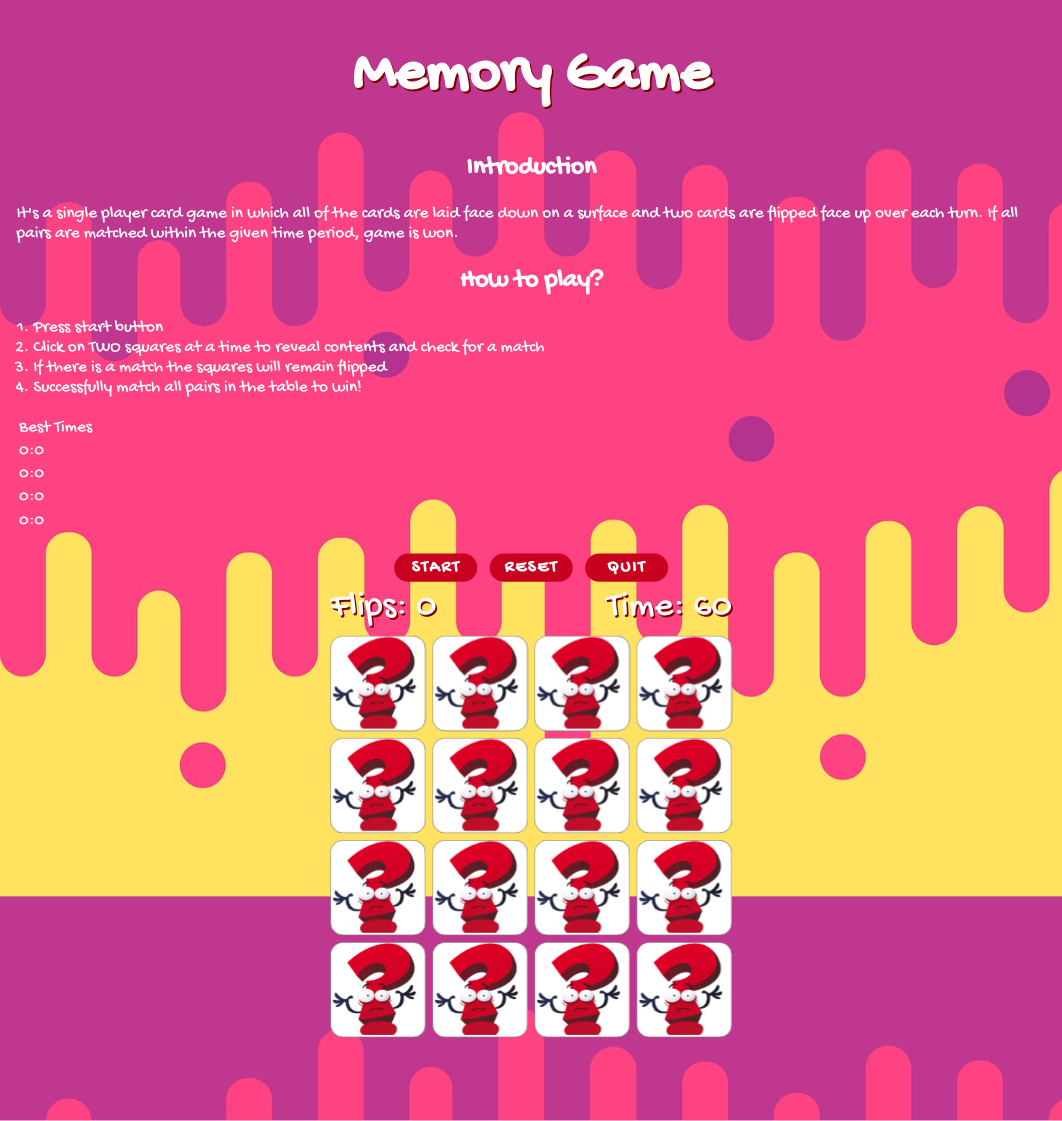
Repository: lauramika/Memory-Game
Page: index.html
The author's editor kept a record of every edit. The page is drawn from the files as they stood at one moment, then again after the next edit.
The browser window is 1280 px wide. The pictures show the whole page, at 83% of full size.

Above is the page before.

### index.html
<!DOCTYPE html>
<html lang = 'en'>
    <head>
        <meta name="viewport" content="width=device-width, initial-scale=1.0">
        <link rel="stylesheet" href="style.css" type="text/css" />
        <title>Memory Game</title>
    </head>
    <body>
        <h1 class="title-game">Memory Game</h1>
        <!--Intro-->
        <h2>Introduction</h2>
            <p>It's a single player card game in which all of the cards are
            laid face down on a surface and two cards are flipped face up over
            each turn. If all pairs are matched within the given time
            period, game is won.</p>
            <!--explanation how to play the game-->
         <div class="how-to-play">
            <h2>How to play?</h2>
              <ol>
                <li>Press start button</li>
                <li>Click on TWO squares at a time to reveal contents and check for a match</li>
                <li>If there is a match the squares will remain flipped </li>
                <li>Successfully match all pairs in the table to win!</li>
              </ol>
          </div>
          <!--best results board-->
          <div class="times">
            <table>
              <tr>
                <td class= "title">Best Times</td>
              </tr>
              <tr>
                <td class = "slot">0:0</td>
              </tr>
              <tr>
                <td class = "slot">0:0</td>
              </tr>
              <tr>
                <td class = "slot">0:0</td>
              </tr>
              <tr>
                <td class = "slot">0:0</td>
              </tr>
            </table>
          </div>
          <!--start, reset and quit buttons-->
        <div class="buttons">
            <button class="start" onclick="shuffle()">Start</button>
            <button class="reset">Reset</button>
            <button class="quit">Quit</button>
        </div>
        <!--Main container that holds all the cards-->
        <div class="main-container">
            <div class= "rules-container">
                <div class="level-container">
                    Flips: <span id="flips">0</span>
                </div>
                <div class="time-container">
                    Time: <span id="time-left">60</span>
                </div>
            </div>
            <!--Cards-->
            <div class="cards">
                <div class="front-face">
                    <img src="images/camera.png"></img>
                </div>
                 <div class="back-face">
                   <img src="images/question.jpg"></img>
                </div>
            </div>

            <div class="cards">
                <div class="front-face">
                    <img src="images/camera.png"></img>
                </div>
                 <div class="back-face">
                   <img src="images/question.jpg"></img>
                </div>
            </div>

            <div class="cards">
                <div class="front-face">
                    <img src="images/bomb.png"></img>
                </div>
                 <div class="back-face">
                   <img src="images/question.jpg"></img>
                </div>
            </div>

            <div class="cards">
                <div class="front-face">
                    <img src="images/bomb.png"></img>
                </div>
                 <div class="back-face">
                   <img src="images/question.jpg"></img>
                </div>
            </div>

            <div class="cards">
                <div class="front-face">
                    <img src="images/garfield.jpg"></img>
                </div>
                 <div class="back-face">
                   <img src="images/question.jpg"></img>
                </div>
            </div>

            <div class="cards">
                <div class="front-face">
                    <img src="images/garfield.jpg"></img>
                </div>
                 <div class="back-face">
                   <img src="images/question.jpg"></img>
                </div>
            </div>

            <div class="cards">
                <div class="front-face">
                    <img src="images/ladybug.jpg"></img>
                </div>
                 <div class="back-face">
                   <img src="images/question.jpg"></img>
                </div>
            </div>

            <div class="cards">
                <div class="front-face">
                    <img src="images/ladybug.jpg"></img>
                </div>
                 <div class="back-face">
                   <img src="images/question.jpg"></img>
                </div>
            </div>

            <div class="cards">
                <div class="front-face">
                    <img src="images/puppy.jpg"></img>
                </div>
                 <div class="back-face">
                   <img src="images/question.jpg"></img>
                </div>
            </div>

            <div class="cards">
                <div class="front-face">
                    <img src="images/puppy.jpg"></img>
                </div>
                 <div class="back-face">
                   <img src="images/question.jpg"></img>
                </div>
            </div>

            <div class="cards">
                <div class="front-face">
                    <img src="images/star.jpg"></img>
                </div>
                 <div class="back-face">
                   <img src="images/question.jpg"></img>
                </div>
            </div>

            <div class="cards">
                <div class="front-face">
                    <img src="images/star.jpg"></img>
                </div>
                 <div class="back-face">
                   <img src="images/question.jpg"></img>
                </div>
            </div>

            <div class="cards">
                <div class="front-face">
                    <img src="images/frog.jpg"></img>
                </div>
                 <div class="back-face">
                   <img src="images/question.jpg"></img>
                </div>
            </div>

            <div class="cards">
                <div class="front-face">
                    <img src="images/frog.jpg"></img>
                </div>
                 <div class="back-face">
                   <img src="images/question.jpg"></img>
                </div>
            </div>
            <div class="cards">

                <div class="front-face">
                    <img src="images/bananas.jpg"></img>
                </div>
                 <div class="back-face">
                   <img src="images/question.jpg"></img>
                </div>
            </div>

            <div class="cards">
                <div class="front-face">
                    <img src="images/bananas.jpg"></img>
                </div>
                 <div class="back-face">
                   <img src="images/question.jpg"></img>
                </div>
            </div>

        </div>
        <script type="text/javascript" src="script.js"></script>
    </body>
</html>

### style.css
/*import google font*/
@import url('https://fonts.googleapis.com/css?family=Gochi+Hand&display=swap');
* {
    box-sizing: border-box;
}
html {
    min-height: 100vh;
}
body {
    margin: 0;
     background-image: url("images/background-3147808_1920.jpg");
    font-family: 'Gochi Hand', cursive;
    color: white;
    font-size: 1.3em;
}
h1 {
    text-shadow: 2px 2px maroon;
}
h2 {
    text-align: center;
}
p, .times {
    margin: 20px;
}
.title-game {
    color: white;
    text-align: center;
    font-size: 3.5em;
}

.rules-container {
    grid-column: 1 / -1;
    display: flex;
    justify-content: space-between;
}
/*container that holds all the cards*/
.main-container {
    display: grid;
    grid-template-columns: repeat(4, auto);
    grid-gap: 8px;
    justify-content: center;
    margin-bottom: 100px;
    color: white;
    text-shadow: 2px 2px maroon;
    font-size: 2.1em;

}
/*card styles*/
.cards {
    background-color: white;
    height: 115px;
    width: 115px;
    border-radius: 15px;
    transition: transform .2s;
    border: 1px solid gray;
    position: relative;
    transform-style: preserve-3d;

}
/**************flipping of cards************/
.front-face {
    backface-visibility: hidden;
     transform: rotateY(180deg);
}
.back-face {
    backface-visibility: hidden;
}
.cards:hover {
    transform: scale(1.05);
    transform: rotateY(180deg);
    transition: ease .6s;
}
/*image sizes in desktop view*/
img {
    height: 111px;
    width: 111px;
    border-radius: 15px;
}
/*positioning of images absolute to their parent div*/
.front-face, .back-face {
    position: absolute;
}
.buttons {
    text-align: center;
}
/*start, reset and quit button styles*/
button {
    font-family: 'Gochi Hand', cursive;
    width: 100px;
    font-size: 1em;
    letter-spacing: 2px;
    color: white;
    font-weight: bold;
    text-transform: uppercase;
    background: rgb(199,1,30);
    padding: 5px 10px;
    border-radius: 30px;
    border: none;
    margin: 5px;
}
button:hover {
   transform: scale(1.1);
   box-shadow: 3px 3px white;
   opacity: 0.9;
}
/****************************TABLET************************/
@media screen and (max-width: 800px) {
  .cards{
      height: 95px;
      width: 95px;
  }
  img {
      height: 91px;
      width: 91px;
  }
  .main-container {
      grid-gap: 4px;
  }
  .title-game {
      font-size: 2.5em;
  }
  .main-container {
      font-size: 1.6em;
  }
  }
 /************************PHONE***************************/
@media screen and (max-width: 480px) {
  .cards{
      height: 70px;
      width: 70px;
  }
  img {
      height: 66px;
      width: 66px;
  }
  .main-container {
      grid-gap: 1px;
  }
  .title-game {
      font-size: 2em;
  }
  .main-container {
      font-size: 1.2em;
  }
  button {
    width: 80px;
    font-size: 1em;
}
  }

### script.js
//to shuffle cards when new game starts
function shuffle() {

  var tiles = Array.from(document.getElementsByClassName("cards"));
  var current = tiles.length;
  var index, temp;

  while (current > 0) {
    index = Math.floor(Math.random() * current);
    current--;

    temp = tiles[current];
    tiles[current] = tiles[index];
    tiles[index] = temp;
  }
   document.getElementsByClassName("cards") = tiles.innerHTML;


}

After the next edit:
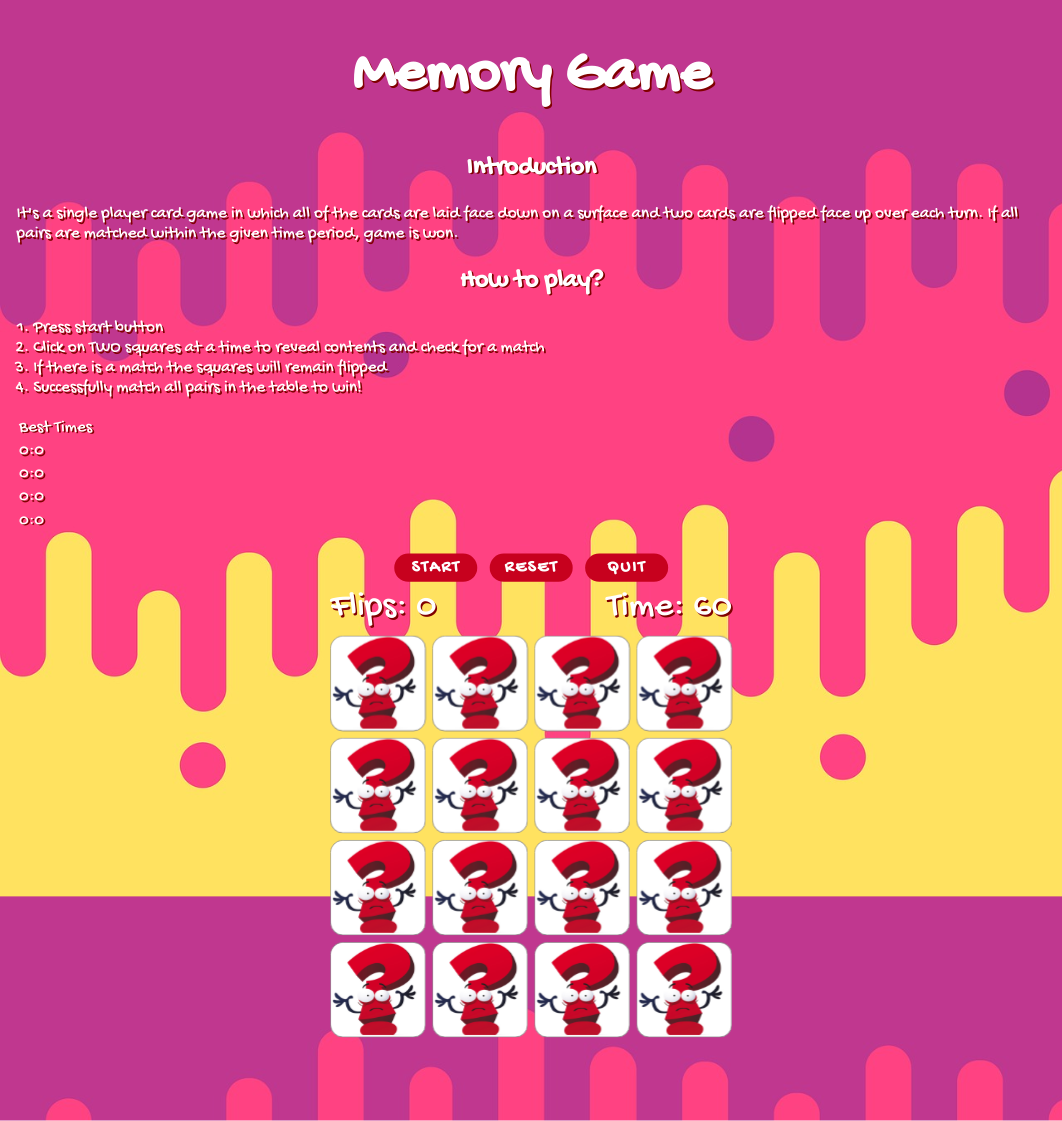
The edit:
--- a/style.css
+++ b/style.css
@@ -12,6 +12,7 @@
     font-family: 'Gochi Hand', cursive;
     color: white;
     font-size: 1.3em;
+    text-shadow: 2px 2px maroon;
 }
 h1 {
     text-shadow: 2px 2px maroon;
